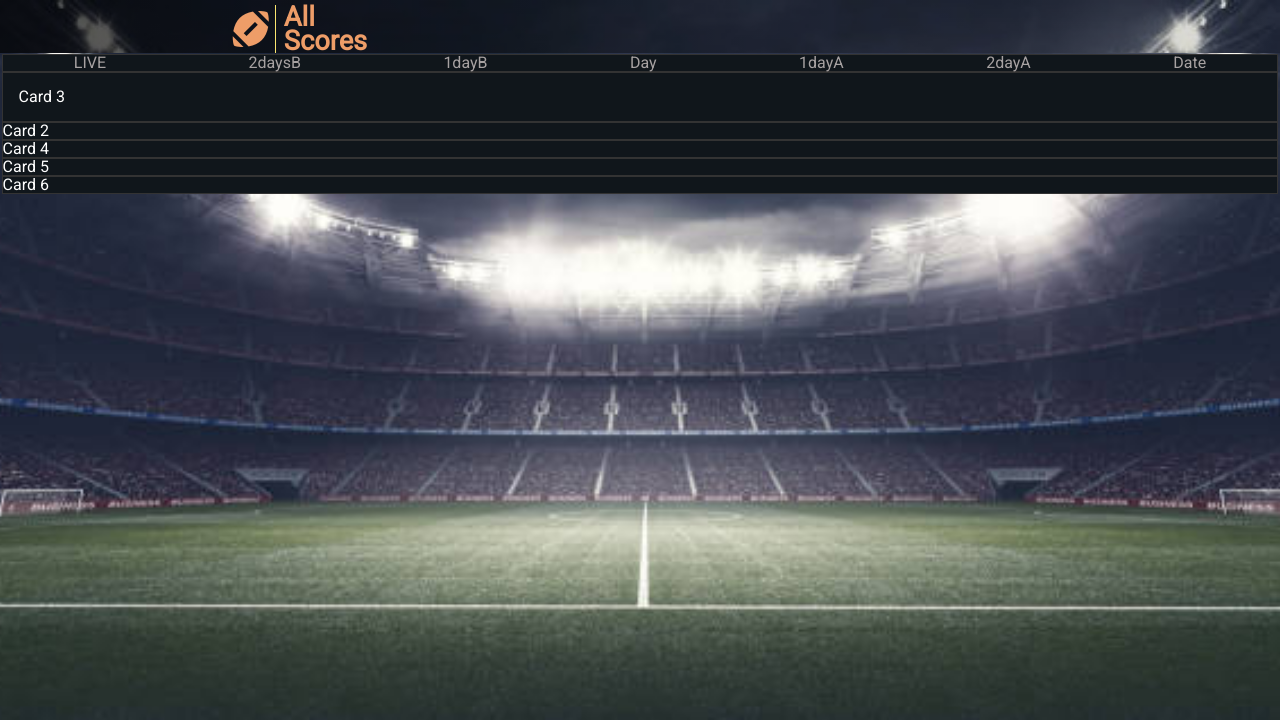
Repository: boomshakar/AllScores
Page: index.html
An editor plug-in stored every save of this project. The page is shown before and after the next save, followed by the edit.
The browser window is 1280 px wide. The pictures show the whole page.
The style sheet was rebuilt from its Sass, Less or Tailwind sources for each picture, by a compiler version that may differ from the author's.

Above is the page before, as saved 2021-03-30 02:28:43.

After the next save:
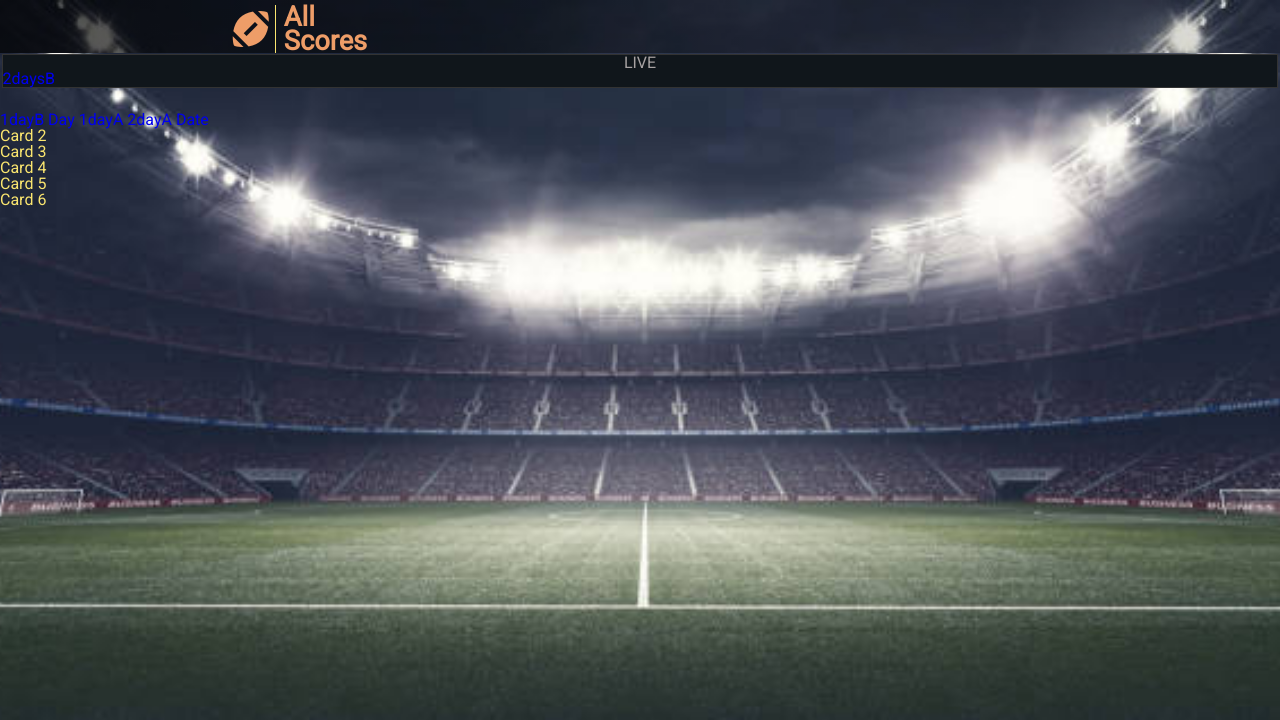
Saved 96 s later.
--- a/index.html
+++ b/index.html
@@ -106,13 +106,13 @@
     <div class="grid-contain">
       <span class="card">
         <div class="date-select">
-          <a href="#"><div class="date-select__match">LIVE</div></a>
-          <a href="#"><div class="date-select__match">2daysB</div></a>
-          <a href="#"><div class="date-select__match">1dayB</div></a>
-          <a href="#"><div class="date-select__match">Day</div></a>
-          <a href="#"><div class="date-select__match">1dayA</div></a>
-          <a href="#"><div class="date-select__match">2dayA</div></a>
-          <a href="#"><div class="date-select__match">Date</div></a>
+          <a href="#" class="date-select__link><div class="date-select__match">LIVE</div></a>
+          <a href="#" class="date-select__link><div class="date-select__match">2daysB</div></a>
+          <a href="#" class="date-select__link><div class="date-select__match">1dayB</div></a>
+          <a href="#" class="date-select__link><div class="date-select__match">Day</div></a>
+          <a href="#" class="date-select__link><div class="date-select__match">1dayA</div></a>
+          <a href="#" class="date-select__link><div class="date-select__match">2dayA</div></a>
+          <a href="#" class="date-select__link><div class="date-select__match">Date</div></a>
         </div>
       </span>
       <div class="card">Card 2</div>

After the save that followed:
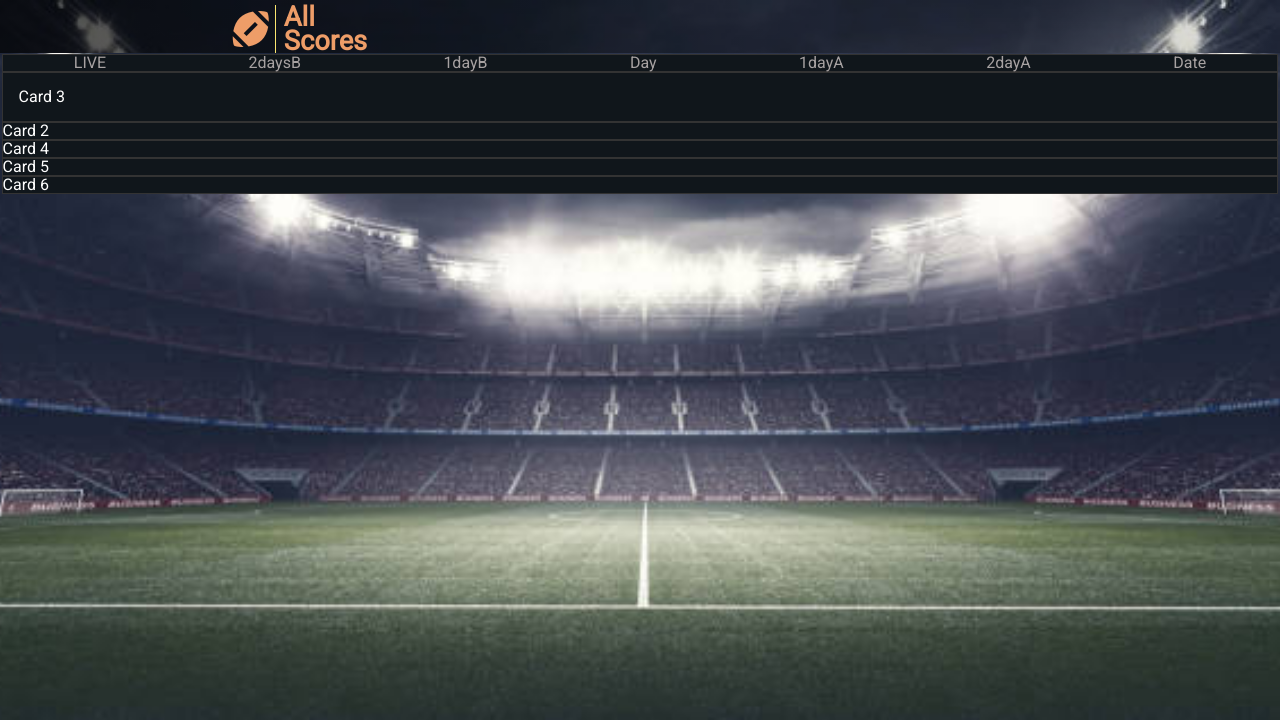
Saved 44 s later.
--- a/index.html
+++ b/index.html
@@ -106,13 +106,27 @@
     <div class="grid-contain">
       <span class="card">
         <div class="date-select">
-          <a href="#" class="date-select__link><div class="date-select__match">LIVE</div></a>
-          <a href="#" class="date-select__link><div class="date-select__match">2daysB</div></a>
-          <a href="#" class="date-select__link><div class="date-select__match">1dayB</div></a>
-          <a href="#" class="date-select__link><div class="date-select__match">Day</div></a>
-          <a href="#" class="date-select__link><div class="date-select__match">1dayA</div></a>
-          <a href="#" class="date-select__link><div class="date-select__match">2dayA</div></a>
-          <a href="#" class="date-select__link><div class="date-select__match">Date</div></a>
+          <a href="#" class="date-select__"
+            ><div class="date-select__match">LIVE</div></a
+          >
+          <a href="#" class="date-select__"
+            ><div class="date-select__match">2daysB</div></a
+          >
+          <a href="#" class="date-select__"
+            ><div class="date-select__match">1dayB</div></a
+          >
+          <a href="#" class="date-select__"
+            ><div class="date-select__match">Day</div></a
+          >
+          <a href="#" class="date-select__"
+            ><div class="date-select__match">1dayA</div></a
+          >
+          <a href="#" class="date-select__"
+            ><div class="date-select__match">2dayA</div></a
+          >
+          <a href="#" class="date-select__"
+            ><div class="date-select__match">Date</div></a
+          >
         </div>
       </span>
       <div class="card">Card 2</div>
